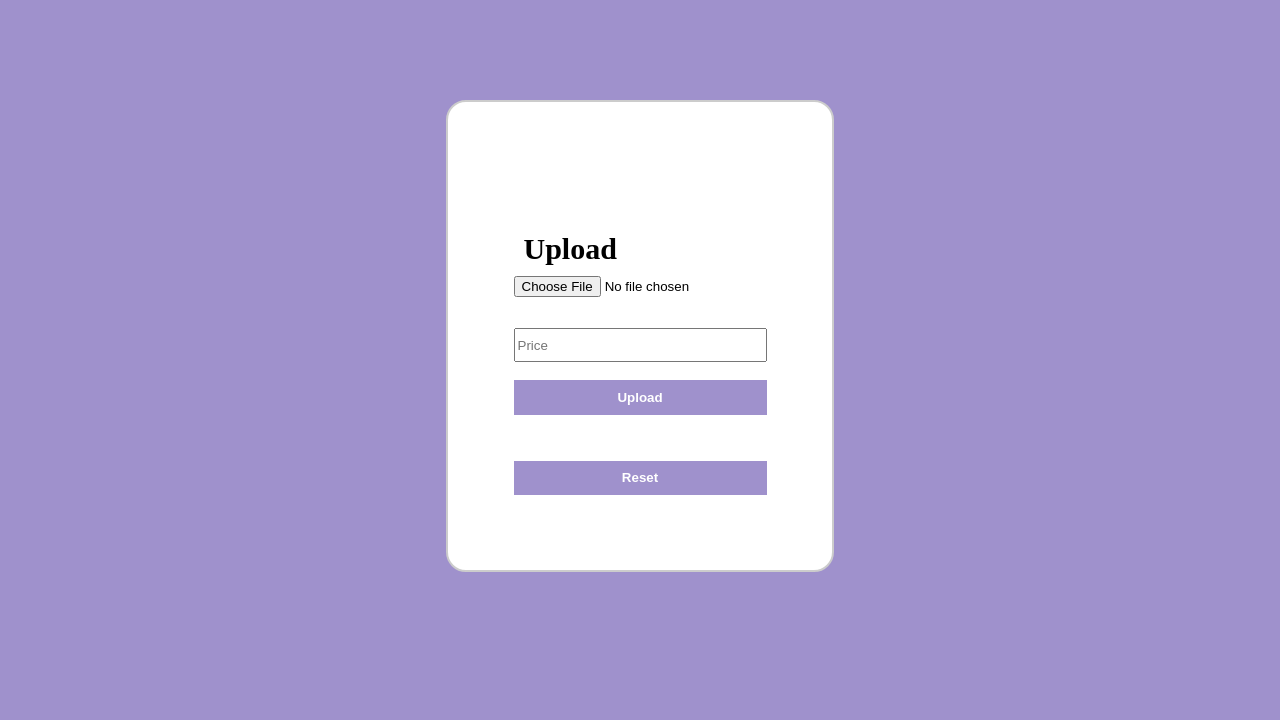
Repository: prathyushaa5/artgallery
Page: index/admin.html
The author's editor kept a copy of each file at every save. The page is drawn from the files as they stood at one save, then again after the next save.
The browser window is 1280 px wide. The pictures show the whole page.

Above is the page before, as saved 2023-11-20 15:19:37.

After the next save:
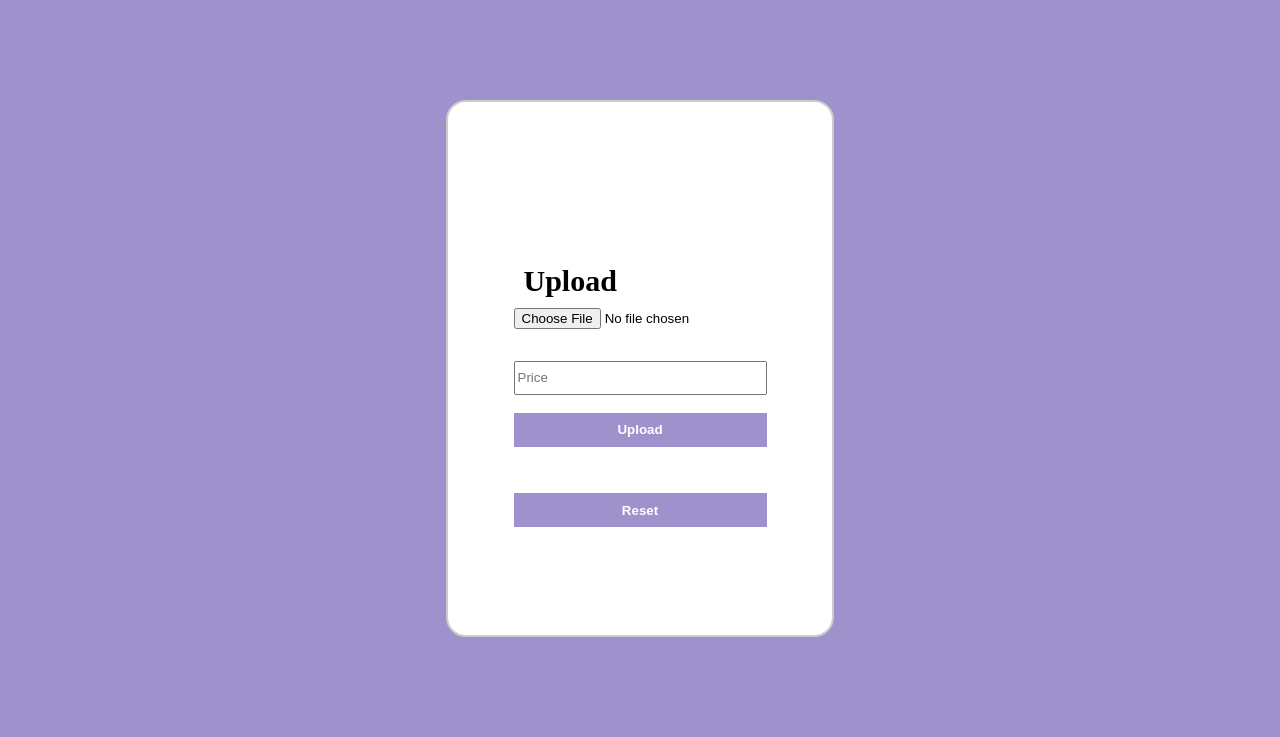
Saved 11 s later.
--- a/index/admin.html
+++ b/index/admin.html
@@ -24,7 +24,7 @@ body{
 }
 .box{
     width:30%;
-    height:65vh;
+    height:74vh;
     border:2px solid #ccc;
     margin:100px;
     display:flex;
